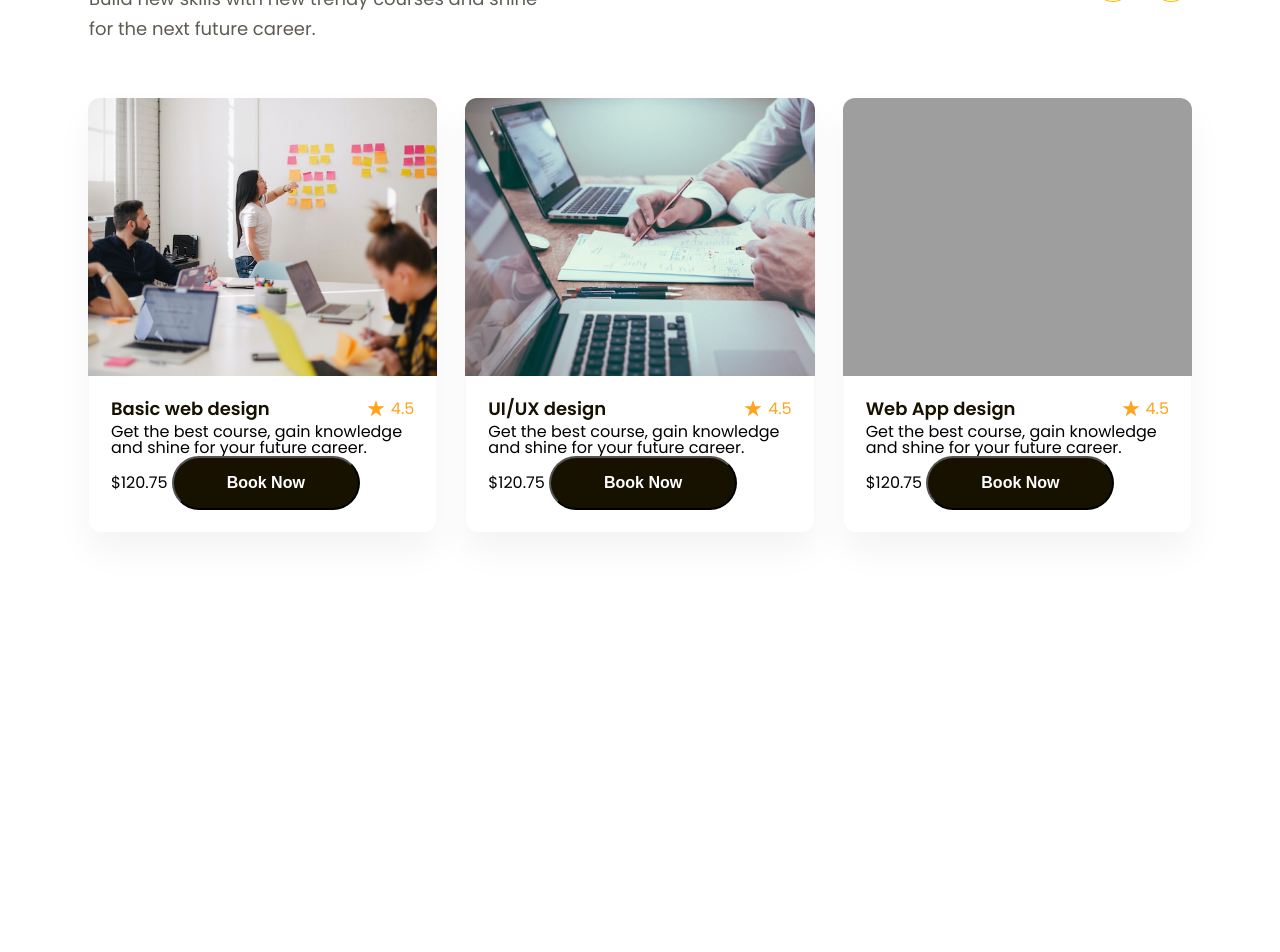
Repository: anhtien111198/f8-htmlcss-02
Page: index.html
An editor plug-in stored every save of this project. The page is shown before and after the next save, followed by the edit.
The browser window is 1280 px wide. The pictures show the part of the page from y = 1180 to 2132 px (the page is 5000 px tall).
Pictures or frames that could not be fetched are drawn as grey boxes. A picture or video elsewhere on the page could not be fetched, so the positions and the page height are approximate.

Above is the page before, as saved 2023-05-09 10:32:19.

After the next save:
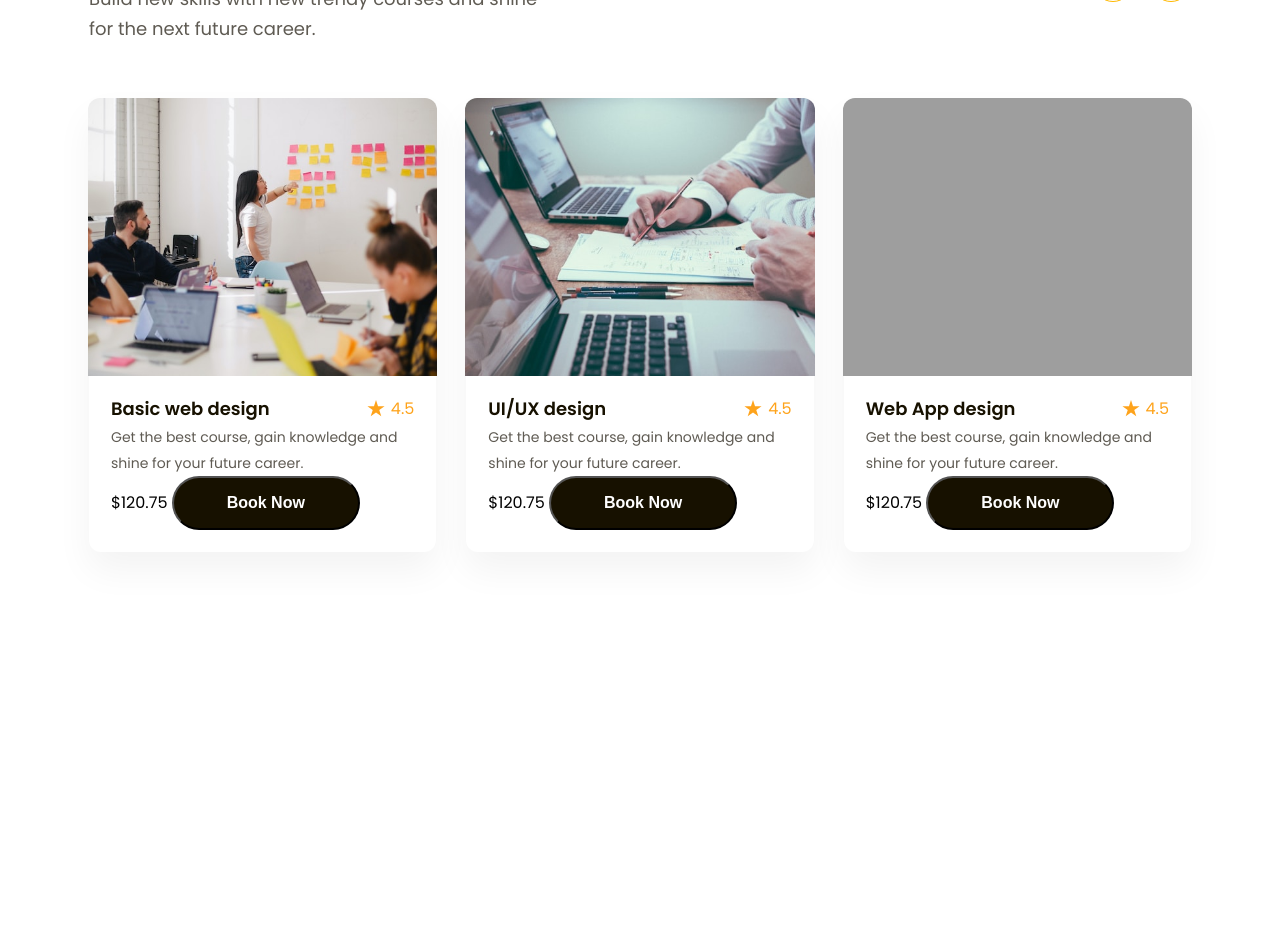
Saved 71 s later.
--- a/assets/css/style.css
+++ b/assets/css/style.css
@@ -310,3 +310,9 @@
     line-height: 1.75;
     color: #fea31b;
 }
+.popular .course-item .desc {
+    font-weight: 400;
+    font-size: 1.4rem;
+    line-height: 1.86;
+    color: #5f5b53;
+}
